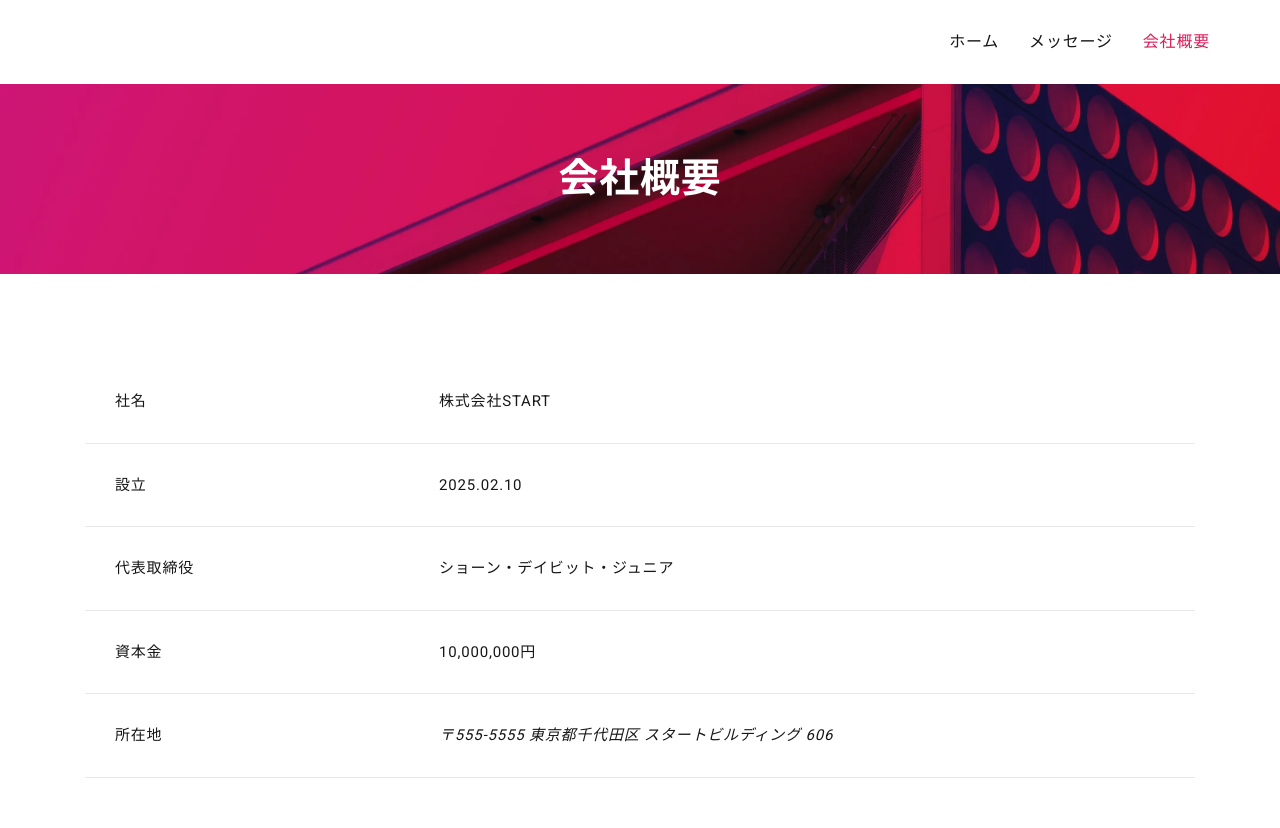
Repository: tetishi/tetishi.github.io
Page: company.html
An editor plug-in stored every save of this project. The page is shown before and after a run of saves, followed by the edit.
The browser window is 1280 px wide. The pictures show the part of the page from y = 0 to 828 px (the page is 1808 px tall before and 1893 px after).
Pictures or frames that could not be fetched are drawn as grey boxes.

Above is the page before, as saved 2023-07-02 21:42:18.

### company.html
<!DOCTYPE html>
<html lang="en">
<head>
    <meta charset="UTF-8">
    <meta http-equiv="X-UA-Compatible" content="IE=edge">
    <meta name="viewport" content="width=device-width, initial-scale=1.0">
    <title>Company</title>
    <!-- <link rel="stylesheet" type="text/css" href="http://yui.yahooapis.com/3.18.1/build/cssreset/cssreset-min.css"> -->
    <link rel="preconnect" href="https://fonts.googleapis.com">
    <link rel="preconnect" href="https://fonts.gstatic.com" crossorigin>
    <link href="https://fonts.googleapis.com/css2?family=Noto+Sans+JP:wght@500;700&family=Roboto:wght@400;700&display=swap" rel="stylesheet">
    <link rel="icon" href="img/favicon.ico">
    <link rel="stylesheet" href="./css/reset.css">
    <link rel="stylesheet" href="./css/company.css">
</head>
<body>
    <header class="header">
        <div class="header-inner">
            <h2 class="nav-title">
                <a href="./index.html">
                </a>
            </h2>
            <nav class="header-nav">
                <ul class="header-list">
                    <li class="header-item">
                        <a href="./index.html">ホーム</a>
                    </li>
                    <li class="header-item">
                        <a href="./message.html">メッセージ</a>
                    </li>
                    <li class="header-item">
                        <a href="./company.html" class="text-red">会社概要</a>
                    </li>
                </ul>
            </nav>
            <button class="hamburger-btn">
                <span class="bar bar_top"></span>
                <span class="bar bar_mid"></span>
                <span class="bar bar_bottom"></span>
            </button>
        </div>
    </header>

    <main>
        <!-- fv -->
        <div class="fv">
            <picture>
                <source srcset="./img/fv.webp" type="image/webp">
                <img src="./img/fv.jpg" alt="STARTの赤いイメージ背景">
            </picture>
            <!-- page-title-wrapper -->
            <div class="page-title-wrapper">
                <h1 class="page-title">会社概要</h1>
            </div>
        </div>

        <!-- company -->
        <section id="company" class="section-wrapper company-wrapper">
            <div class="section-inner">
                <div class="company-container">
                    <ul class="company-list">
                        <li class="company-item">
                            <p class="company-item-title">社名</p>
                            <p class="company-item-body">株式会社START</p>
                        </li>
                        <li class="company-item">
                            <p class="company-item-title">設立</p>
                            <time class="company-item-body" datetime="2025.02.10">2025.02.10</time>
                        </li>
                        <li class="company-item">
                            <p class="company-item-title">代表取締役</p>
                            <p class="company-item-body">ショーン・デイビット・ジュニア</p>
                        </li>
                        <li class="company-item">
                            <p class="company-item-title">資本金</p>
                            <p class="company-item-body">10,000,000円</p>
                        </li>
                        <li class="company-item">
                            <p class="company-item-title">所在地</p>
                            <address class="company-item-body">〒555-5555 東京都千代田区 スタートビルディング 606</address>
                        </li>
                    </ul>
                </div>
            </div>
            <!-- /.section-inner -->
        </section>

        <section class="section-wrapper map-wrapper">
            <div class="section-inner">
                <iframe src="https://www.google.com/maps/embed?pb=!1m18!1m12!1m3!1d51849.536086047556!2d139.7213596692974!3d35.686948343546895!2m3!1f0!2f0!3f0!3m2!1i1024!2i768!4f13.1!3m3!1m2!1s0x60188c0c0b13f54d%3A0xb630953beee48188!2sChiyoda%20City%2C%20Tokyo!5e0!3m2!1sen!2sjp!4v1680182950475!5m2!1sen!2sjp" width="100%" height="400" style="border:0;" allowfullscreen="" loading="lazy" referrerpolicy="no-referrer-when-downgrade"></iframe>
                <a href="https://www.google.com/maps/embed?pb=!1m18!1m12!1m3!1d51849.536086047556!2d139.7213596692974!3d35.686948343546895!2m3!1f0!2f0!3f0!3m2!1i1024!2i768!4f13.1!3m3!1m2!1s0x60188c0c0b13f54d%3A0xb630953beee48188!2sChiyoda%20City%2C%20Tokyo!5e0!3m2!1sen!2sjp!4v1680182950475!5m2!1sen!2sjp">Google mapで見る</a>
            </div>
            <!-- /.section-inner -->
        </section>

        <!-- news -->
        <section id="news" class="section-wrapper news-wrapper">
            <div class="section-inner news-inner">
                <div class="news-container">
                <ul class="news-list">
                    <li class="news-item">
                        <time datetime="2023.02.10">2023.02.10</time>
                        <a href="#news">コーポレートサイトをリニューアルしました。</a>
                    </li>
                    <li class="news-item">
                        <time datetime="2023.02.08">2023.02.08</time>
                        <a href="#news">採用を強化中です！一緒に働きませんか？</a>
                    </li>
                    <li class="news-item">
                        <time datetime="2022.02.02">2022.02.02</time>
                        <a href="#news">人材紹介SNS『スタート』をリリースしました。3/31まで新規登録キャンペーンを開催中です！サービス内で使える500ポイントをプレゼント！</a>
                    </li>
                </ul>
                <!-- /.news-list -->
            </div>
            <!-- /.section-inner -->
        </section>
    </main>


    <footer class="footer">
        <div class="section-inner">
            <nav class="footer-nav">
                <ul class="footer-nav-list">
                    <li class="footer-nav-item"><a href="./index.html">ホーム</a></li>
                    <li class="footer-nav-item"><a href="./message.html">メッセージ</a></li>
                    <li class="footer-nav-item"><a href="./company.html">会社概要</a></li>
                </ul>
            </nav>
            <small>&copy;START</small>
        </div>
    </footer>

    <script src="https://ajax.googleapis.com/ajax/libs/jquery/3.6.0/jquery.min.js"></script>
    <script src="js/script.js"></script>
</body>
</html>

### css/reset.css
/*
html5doctor.com Reset Stylesheet
v1.6.1
Last Updated: 2010-09-17
Author: Richard Clark - http://richclarkdesign.com
Twitter: @rich_clark
*/

* {
    box-sizing: border-box;
}

html,
body,
div,
span,
object,
iframe,
h1,
h2,
h3,
h4,
h5,
h6,
p,
blockquote,
pre,
abbr,
address,
cite,
code,
del,
dfn,
em,
img,
ins,
kbd,
q,
samp,
small,
strong,
sub,
sup,
var,
b,
i,
dl,
dt,
dd,
ol,
ul,
li,
fieldset,
form,
label,
legend,
table,
caption,
tbody,
tfoot,
thead,
tr,
th,
td,
article,
aside,
canvas,
details,
figcaption,
figure,
footer,
header,
hgroup,
menu,
nav,
section,
summary,
time,
mark,
ruby,
audio,
video {
    margin: 0;
    padding: 0;
    border: 0;
    outline: 0;
    font-size: 100%;
    vertical-align: baseline;
    background: transparent;
}

body {
    line-height: 1.5;
}

img {
    width: 100%;
    height: auto;
    object-fit: cover;
}

button {
    background-color: transparent;
    border: none;
    cursor: pointer;
    outline: none;
    padding: 0;
    appearance: none;
}

article,
aside,
details,
figcaption,
figure,
footer,
header,
hgroup,
menu,
nav,
section {
    display: block;
}

nav ul {
    list-style: none;
}

li {
    list-style: none;
}

a {
    margin: 0;
    padding: 0;
    font-size: 100%;
    vertical-align: baseline;
    background: transparent;
}

input,
select {
    vertical-align: middle;
}

/*end reset css*/

### css/company.css
/* base */

html {
    font-size: 62.5%;
}
body {
    font-size: 1.6rem;
    letter-spacing: .05em;
    color: #171717;
    font-family: "Roboto", "Noto Sans JP", Arial, "Hiragino Kaku Gothic ProN", "Hiragino Sans", Meiryo, sans-serif;
}
img {
    vertical-align: bottom;
}
.section-inner {
    max-width: 1110px;
    margin: 0 auto;
}
a {
    color: inherit;
    text-decoration: none;
}
.text-red {
    color: #DD1B57;
}

/* header */
.header {
    padding: 30px 70px;
    width: 100%;
}

.header a {
    text-decoration: none;
}
.header-inner {
    display: flex;
    justify-content: space-between;
    align-items: center;
}
.header-list {
    display: flex;
}
.header-item {
    margin-right: 30px;
}
.header-item:last-of-type {
    margin-right: 0;
}
.hamburger-btn {
    display: none;
}

/* fv */
.fv {
    height: 190px;
    background-size: cover;
    background-position: center;
    position: relative;
}
.fv img {
    height: 190px;
    object-fit: cover;
}
.page-title-wrapper {
    position: absolute;
    left: 50%;
    top: 50%;
    color: #fff;
    transform: translate(-50%,-50%);
}
.page-title {
    font-size: 4rem;
}

/* company */
.company-wrapper {
    margin: 86px 0 50px 0;
}
.company-item {
    display: flex;
    padding: 30px 0;
    border-bottom: 1px solid #E8E8E8;
    font-size: 1.5rem;
    padding-left: 30px;
}
.company-item-title {
    width: 30%;
}

/* map */
.map-wrapper {
    margin-bottom: 78px;
}
.map-wrapper a {
    text-decoration: underline;
    color: #349BF4;
    display: block;
    text-align: right;
}
iframe {
    margin-bottom: 21px;
}

/* news */
.news-wrapper {
    margin-bottom: 100px;
}
.news-inner {
    display: flex;
    column-gap: 90px;
}
.news-item {
    padding: 15px 0 16px 0;
    border-bottom: 1px solid #E8E8E8;
    display: flex;
    font-size: 1.5rem;
}
.news-item a {
    margin-left: 40px;
}


/* footer */
.footer {
    background-color: #DD1B57;
    color: #fff;
    height: 164px;
}
.footer-nav-list {
    display: flex;
    font-size: 1.4rem;
    padding: 61px 0 17px;
}
.footer-nav-item {
    margin-right: 40px;
}
small {
    font-size: 1.2rem;
    margin-bottom: 50px;
}

@media screen and (max-width: 768px) {
    /* base_sp */
    .section-inner {
        padding: 0 20px;
    }
    .section-title {
        font-size: 3rem;
        margin-bottom: 19px;
    }

    /* header_sp */
    .header {
        padding: 0;
        z-index: 1;
        position: relative;

    }
    .nav-title {
        padding: 22px 20px;
    }
    .header-nav {
        display: none;
        position: fixed;
        top: 0;
        right: 0;
        width: 50%;
        height: 100vh;
        background-color: #DD1B57;
    }
    .header-list {
        height: 100%;
        flex-direction: column;
        padding: 96px 0 0 40px;
    }
    .text-red {
        color: #fff;
        opacity: .5;
    }
    .header-item {
        margin: 0 0 27px;
        color: #fff;
    }
    .header-item:last-of-type {
        margin-bottom: 0;
    }
    .hamburger-btn {
        display: block;
        background-color: #DD1B57;
        padding: 26px 16px;
    }
    .hamburger-btn .bar {
        display: block;
        width: 26px;
        height: 3px;
        background-color: #fff;
        transition: .3s;
    }
    .bar_mid,
    .bar_bottom {
        margin-top: 8px;
    }
    .hamburger-btn.cross .bar_top {
        transform: rotate(45deg) translate(8px, 8px);
        transition: .3s;
    }
    .hamburger-btn.cross .bar_middle {
        opacity: 0;
        transition: .3s;
    }
    .hamburger-btn.cross .bar_bottom {
        transform: rotate(-45deg) translate(8px, -8px);
        transition: .3s;
    }
    body.noscroll {
        overflow: hidden;
    }

    /* fv_sp */
    .fv {
        height: 160px;
    }
    .fv img {
        height: 160px;
    }
    .page-title {
        font-size: 2.8rem;
    }

    /* company_sp */
    .company-wrapper {
        margin: 56px 0 50px 0;
    }
    .company-item {
        padding: 21px 0 19px;
        font-size: 1.4rem;
        padding-left: 0px;
    }
    .company-item:first-child {
        padding: 0 0 19px;
    }
    .company-item-body {
        width: 70%;
    }

    /* map_sp */
    .map-wrapper {
        margin-bottom: 46px;
    }
    iframe {
        margin-bottom: 16px;
    }

    /* news_sp */
    .news-wrapper {
        margin: 46px 0 50px 0;
    }
    .news-inner {
        display: block;
    }
    .news-item {
        padding: 20px 0 16px 0;
        flex-flow: column;
    }
    .news-item a {
        margin-left: 0px;
    }

    /* footer_sp */
    .footer {
        height: 119px;
    }
    .footer-nav-list {
        font-size: 1.2rem;
        padding: 41px 0 19px;
    }
    .footer-nav-item {
        margin-right: 25px;
    }
    small {
        font-size: 1rem;
        margin-bottom: 29px;
    }
}

### js/script.js
//ハンバーガーボタン
$('.hamburger-btn').on('click', function() {
    $('.header-nav').fadeToggle(300);
    $(this).toggleClass('cross');
    $('body').toggleClass('noscroll');
});

After the next 2 saves:
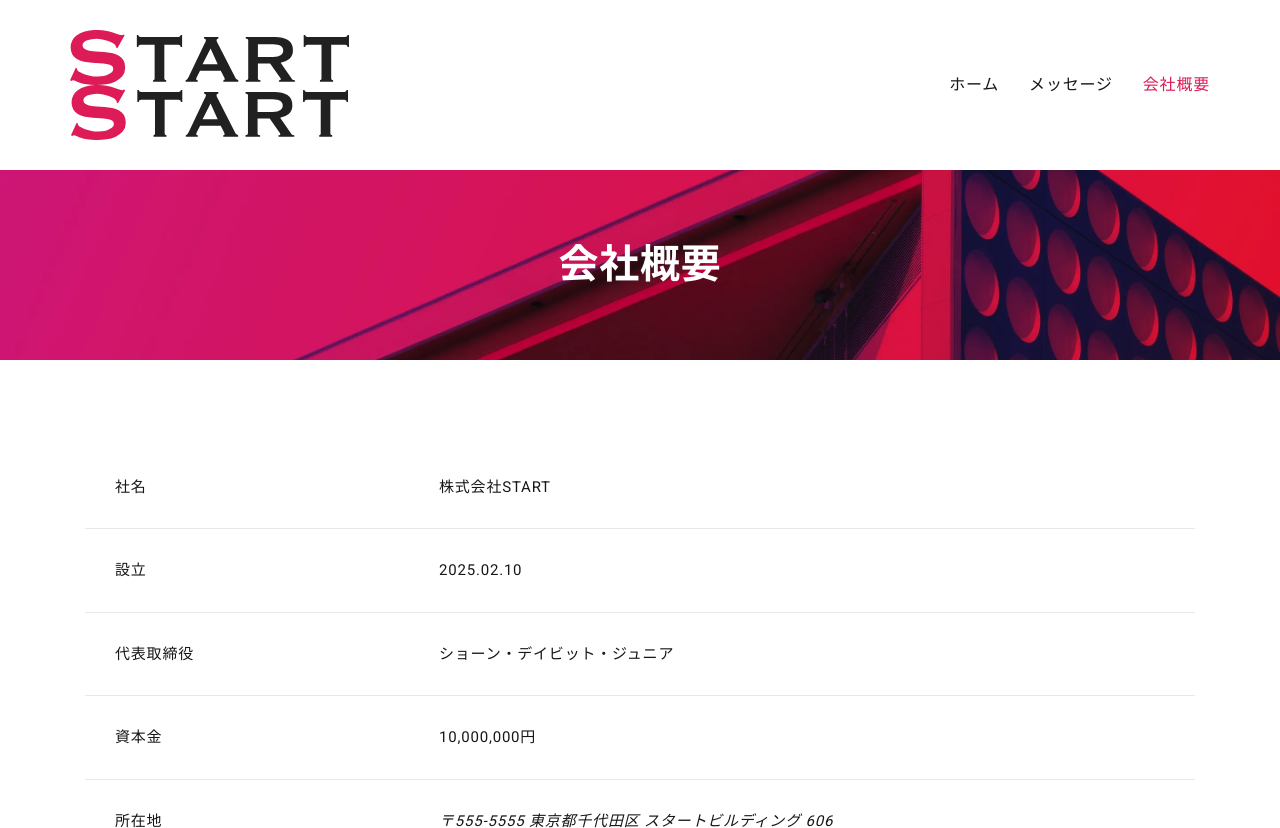
The 2 saves are shown as one change because they came seconds apart.
The last was saved 6 s later.
--- a/company.html
+++ b/company.html
@@ -18,6 +18,9 @@
         <div class="header-inner">
             <h2 class="nav-title">
                 <a href="./index.html">
+                    <img class="pc" src="img/logo.svg" alt="STARTのロゴ">
+                    <img class="sp" src="img/sp_logo.svg" alt="STARTのロゴ">
+
                 </a>
             </h2>
             <nav class="header-nav">
